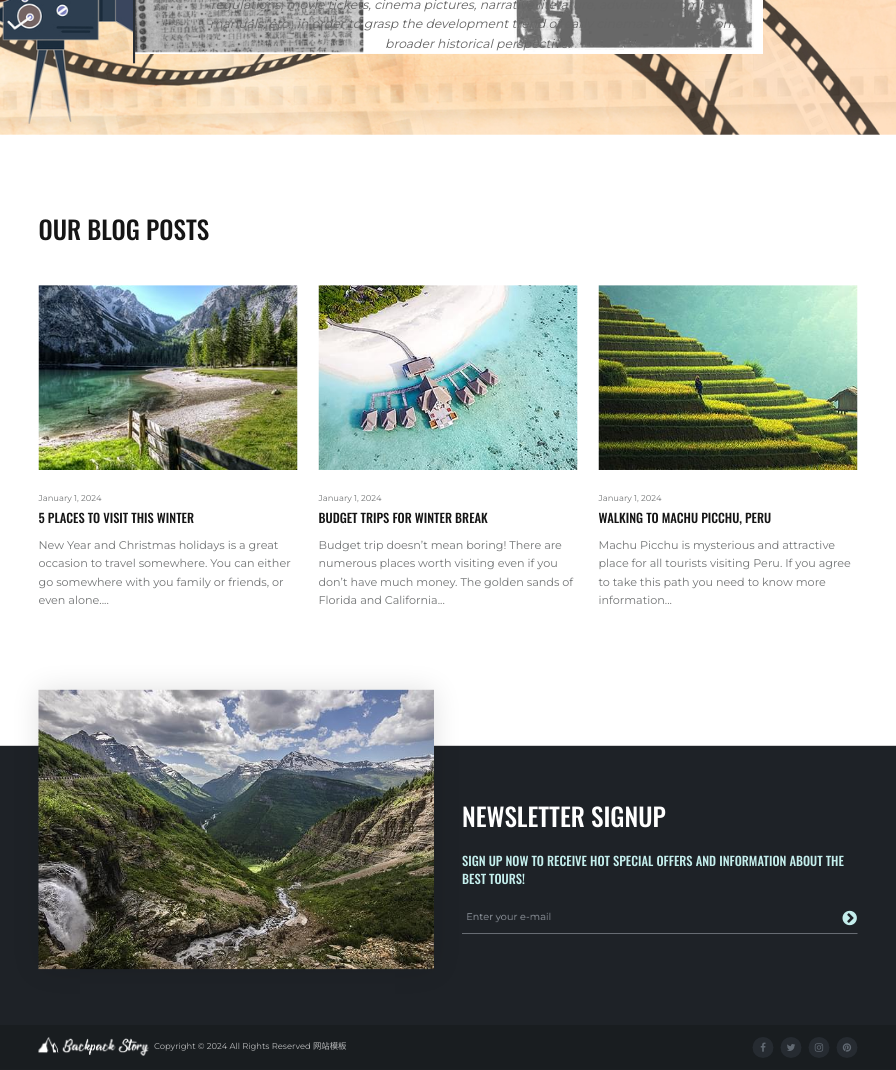
Repository: Jquarker/Modern-Film-Database
Page: index.html
The author's editor kept a copy of each file at every save. The page is drawn from the files as they stood at one save, then again after the next save.
The browser window is 1280 px wide. The pictures show the part of the page from y = 4439 to 6359 px (the page is 5967 px tall before and 6359 px after), at 70% of full size.

Above is the page before, as saved 2025-02-21 15:13:27.

After the next save:
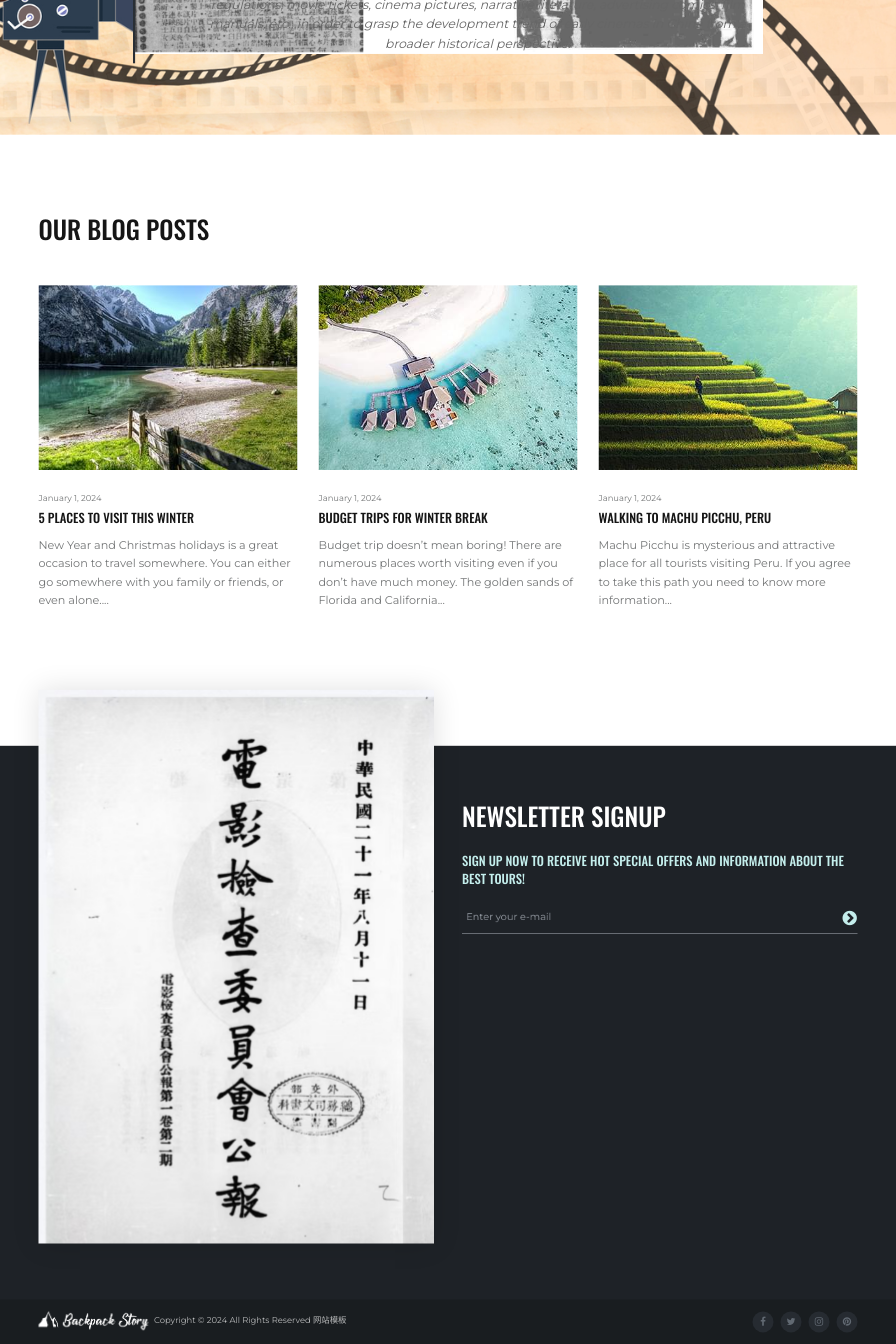
Saved 13 min 20 s later.
--- a/index.html
+++ b/index.html
@@ -330,7 +330,7 @@
         <div class="container">
           <div class="row row-narrow-40 row-30">
             <div class="col-lg-6 text-center wow fadeInLeft" data-wow-delay=".1s">
-              <div class="footer-media"><img src="images/footer-img-570x402.jpg" alt="" width="570" height="402"/>
+              <div class="footer-media"><img src="images/part6.jpg" alt="" width="570" height="402"/>
               </div>
             </div>
             <div class="col-lg-6 wow fadeInRight" data-wow-delay=".2s">
